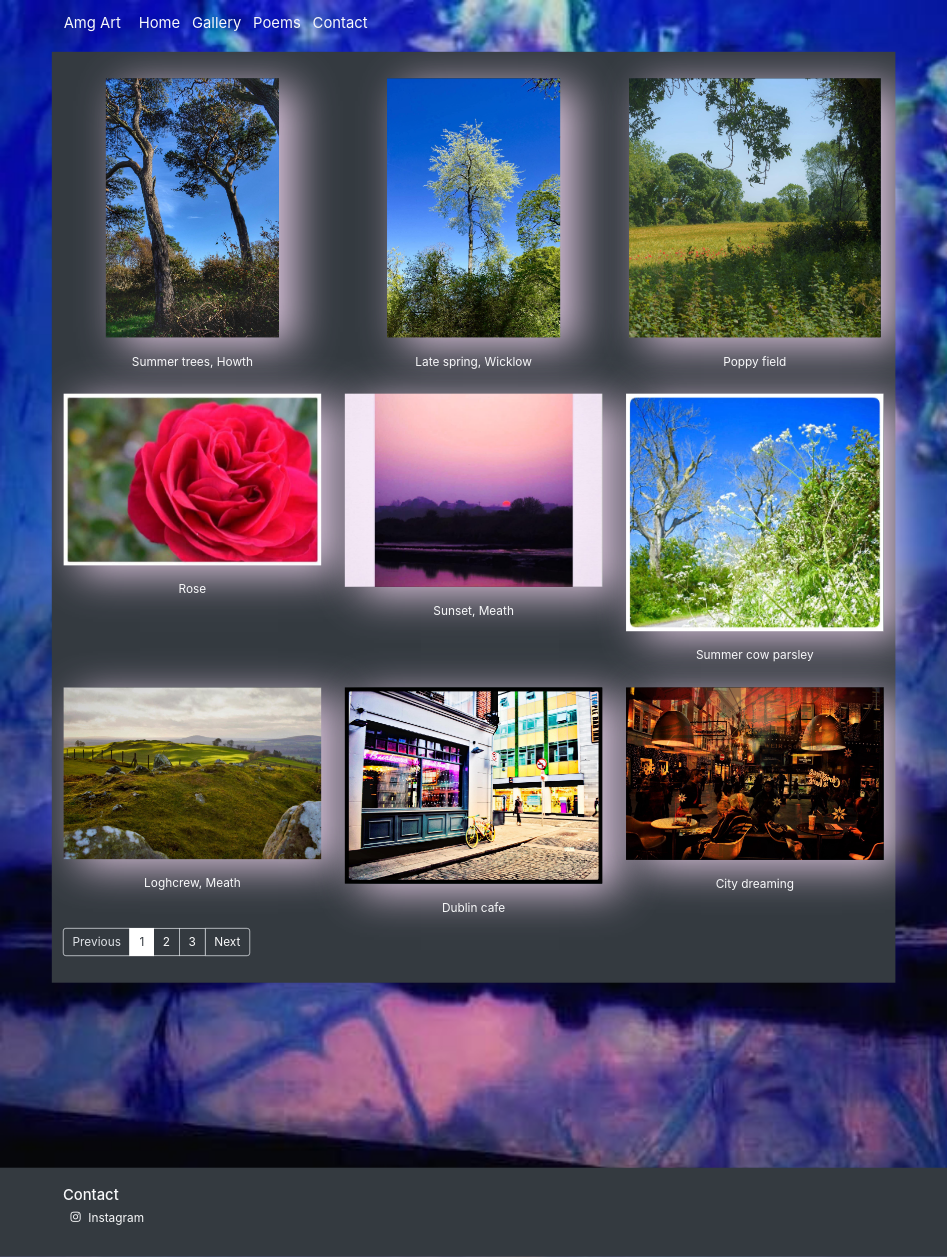
Repository: AllenGleeson/AmgArtGallery
Page: gallery1.html
The author's editor kept a record of every edit. The page is drawn from the files as they stood at one moment, then again after the next edit.
The browser window is 1280 px wide. The pictures show the whole page, at 74% of full size.

Above is the page before.

After the next edit:
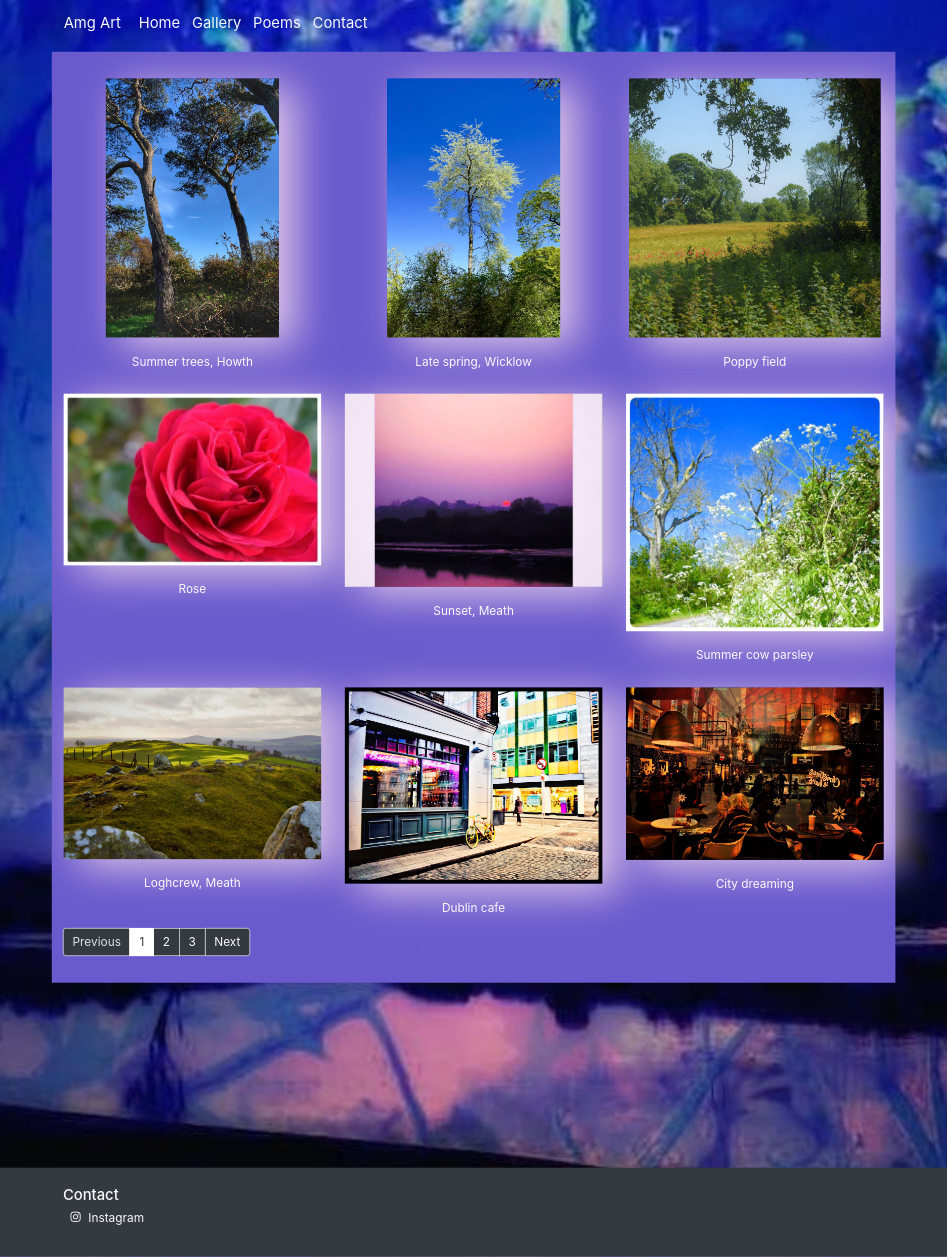
The edit:
--- a/gallery1.html
+++ b/gallery1.html
@@ -28,7 +28,7 @@
         </nav>
     </header>
 
-    <section class="container bg-dark">
+    <section class="container contentColor">
 
         <div class="row">
             <div class="col-sm-4 p-3 text-center" data-toggle="modal" data-target="#image-01">
